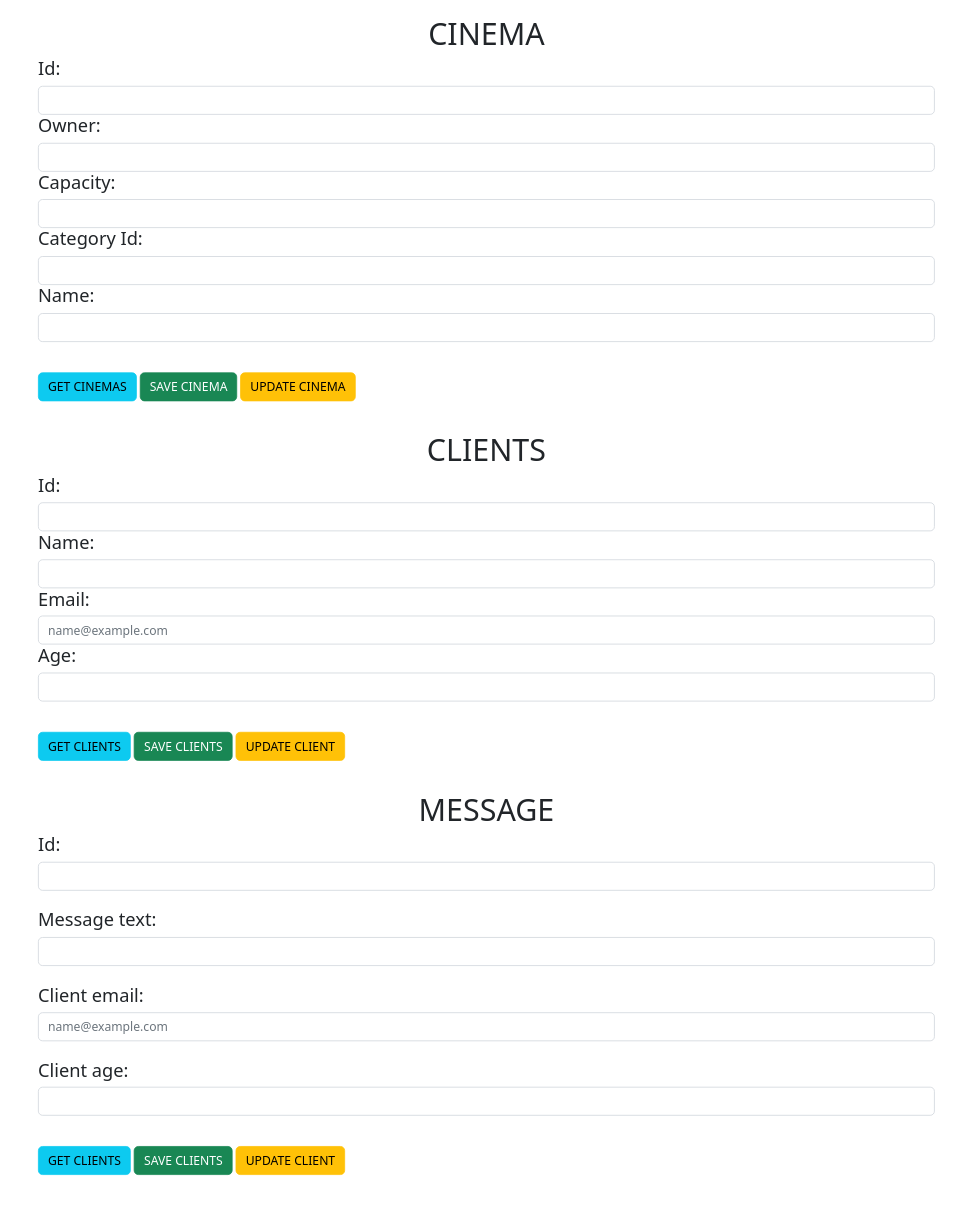
Repository: almendezl/MisionTIC
Page: index.html
These files come from the project's save history. The page is drawn as it stood at one moment and after the next save; the edit follows.
The browser window is 1280 px wide. The pictures show the whole page, at 76% of full size.

Above is the page before, as saved 2022-10-01 21:57:20.

### index.html
<html lang="en">
<head>
    <meta charset="UTF-8">
    <meta http-equiv="X-UA-Compatible" content="IE=edge">
    <meta name="viewport" content="width=device-width, initial-scale=1.0">
    <link rel="stylesheet" href="styles.css">
    <title>MISION TIC 2022 RETO 2</title>
</head>
<!-- add jquery api -->
<script src="https://ajax.googleapis.com/ajax/libs/jquery/3.6.1/jquery.min.js"></script>
<!-- add bootstrap -->

<link href="https://cdn.jsdelivr.net/npm/bootstrap@5.2.1/dist/css/bootstrap.min.css" rel="stylesheet" integrity="sha384-iYQeCzEYFbKjA/T2uDLTpkwGzCiq6soy8tYaI1GyVh/UjpbCx/TYkiZhlZB6+fzT" crossorigin="anonymous">
<!-- add the file with the script -->
<script type="text/javascript" src="myScript.js"></script>
<body>
    <!-- cinema front -->
    <h1 class="text-center">CINEMA</h1>
    <form action="">
        <div class="form-group">
            <h4 class="label label-default" >Id: </h4>
            <input class="form-control" type="number" id="clientId">
        </div>

        <div class="form-group">
            <h4 class="label label-default" >Owner: </h4>
            <input class="form-control" type="text" id="clientName">
        </div>

        <div class="form-group">
            <h4 class="label label-default" >Capacity: </h4>
            <input class="form-control" type="text" id="clientEmail" >
        </div>

        <div class="form-group">
            <h4 class="label label-default" >Category Id: </h4>
            <input class="form-control" type="number" id="clientAge">
        </div>

        <div class="form-group">
            <h4 class="label label-default" >Name: </h4>
            <input class="form-control" type="number" id="clientAge"><br>
        </div>

    </form>




    <button class="btn btn-info" onclick="getClients()">GET CINEMAS</button>

    <button class="btn btn-success" onclick="setClient()">SAVE CINEMA</button>

    <button class="btn btn-warning" onclick="updateClient()">UPDATE CINEMA</button><br><br>


    <table class="table table-striped" id="clientsList">


    </table>

    <!-- Clients front  -->
    <h1 class="text-center">CLIENTS</h1>
    <form action="">
        <div class="form-group">
            <h4 class="label label-default" >Id: </h4>
            <input class="form-control" type="number" id="clientId">
        </div>

        <div class="form-group">
            <h4 class="label label-default" >Name: </h4>
            <input class="form-control" type="text" id="clientName">
        </div>

        <div class="form-group">
            <h4 class="label label-default" >Email: </h4>
            <input class="form-control" type="text" id="clientEmail" placeholder="name@example.com">
        </div>

        <div class="form-group">
            <h4 class="label label-default" >Age: </h4>
            <input class="form-control" type="number" id="clientAge"><br>
        </div>

    </form>




    <button class="btn btn-info" onclick="getClients()">GET CLIENTS</button>

    <button class="btn btn-success" onclick="setClient()">SAVE CLIENTS</button>

    <button class="btn btn-warning" onclick="updateClient()">UPDATE CLIENT</button><br><br>


    <table class="table table-striped" id="clientsList">


    </table>

    <!-- Message front  -->
    <h1 class="text-center">MESSAGE</h1>
    <form action="">
        <div class="form-group">
            <h4 class="label label-default" >Id: </h4>
            <input class="form-control" type="number" id="clientId"> <br>
        </div>

        <div class="form-group">
            <h4 class="label label-default" >Message text: </h4>
            <input class="form-control" type="text" id="clientName"><br>
        </div>

        <div class="form-group">
            <h4 class="label label-default" >Client email: </h4>
            <input class="form-control" type="text" id="clientEmail" placeholder="name@example.com"><br>
        </div>

        <div class="form-group">
            <h4 class="label label-default" >Client age: </h4>
            <input class="form-control" type="number" id="clientAge"><br>
        </div>

    </form>




    <button class="btn btn-info" onclick="getClients()">GET CLIENTS</button>

    <button class="btn btn-success" onclick="setClient()">SAVE CLIENTS</button>

    <button class="btn btn-warning" onclick="updateClient()">UPDATE CLIENT</button><br><br>


    <table class="table table-striped" id="clientsList">


    </table>

</body>
</html>

### styles.css
body {

    padding: 20px 50px;
  }

### myScript.js
function getClients(){

    $.ajax({
        url:'https://gbc0751b79176df-fy68ude9ajgxmklv.adb.us-ashburn-1.oraclecloudapps.com/ords/admin/client/client',
        type: 'GET',
        dataType: 'json',

        success: function(clients){
            console.log(clients);
            let cs= clients.items;
            //$('#clientsList').append("<h2>Clients List</h2>");
            $('#clientsList').empty();
            $('#clientsList').append("<thead><tr><th scope='col'>Id</th><th scope='col'>Name</th><th scope='col'>Email</th><th scope='col'>Age</th> <th scope='col'>Option</th></tr></thead><tbody></tbody>");
            for(i = 0; i<cs.length; i++){
                //$('#clientsList').append("<b>"+cs[i].id+" "+cs[i].name+" </b> "+cs[i].email+"   <button class='btn btn-danger' onclick='deleteClient("+cs[i].id+")'>DELETE</button>"+"<br>");
                $('#clientsList').append("<tr><th scope='row'>"+cs[i].id+"</th><td>"+cs[i].name+"</td><td>"+cs[i].email+"</td><td>"+cs[i].age+"</td><td>"+"<button class='btn btn-danger' onclick='deleteClient("+cs[i].id+")'>DELETE</button></td></tr>");

            }

        },
        error: function(xhr, status){
            alert("A problem has occurred");
        },
        complete: function(xhr, status){
            //alert("Request made");
        }
    });

}

function setClient(){

    let clientId = $("#clientId").val();
    let clientName = $("#clientName").val();
    let clientEmail = $("#clientEmail").val();
    let clientAge = $("#clientAge").val();

    let data = {
        id: clientId,
        name: clientName,
        email: clientEmail,
        age: clientAge

    };

    let dataToSend = JSON.stringify(data);

    console.log(dataToSend);

    $.ajax({
        url:'https://gbc0751b79176df-fy68ude9ajgxmklv.adb.us-ashburn-1.oraclecloudapps.com/ords/admin/client/client',
        type: 'POST',
        //dataType: 'json',
        data: dataToSend,
         contentType: "application/json",

        success: function(json){
            console.log(json);
            //Clean the inputs
            $("#clientId").val('');
            $("#clientName").val('');
            $("#clientEmail").val('');
            $("#clientAge").val('');
            getClients();
        },
        error: function(xhr, status){
            //alert("A problem has occurred");

        },
        complete: function(xhr, status){
            //alert("Request made");

        }
    });

}

function updateClient(){
    let clientId = $("#clientId").val();
    let clientName = $("#clientName").val();
    let clientEmail = $("#clientEmail").val();
    let clientAge = $("#clientAge").val();

    let data = {
        id: clientId,
        name: clientName,
        email: clientEmail,
        age: clientAge

    };

    let dataToSend = JSON.stringify(data);

    console.log(dataToSend);

    $.ajax({
        url:'https://gbc0751b79176df-fy68ude9ajgxmklv.adb.us-ashburn-1.oraclecloudapps.com/ords/admin/client/client',
        type: 'PUT',
        //dataType: 'json',
        data: dataToSend,
        contentType: "application/json",

        success: function(json){
            console.log(json);
            //Clean the inputs
            $("#clientId").val('');
            $("#clientName").val('');
            $("#clientEmail").val('');
            $("#clientAge").val('');
            getClients();
        },
        error: function(xhr, status){
            //alert("A problem has occurred");

        },
        complete: function(xhr, status){
            //alert("Request made");

        }
    });
}

function deleteClient(clientId){


    let data = {
        id: clientId

    };

    let dataToSend = JSON.stringify(data);

    console.log(dataToSend);

    $.ajax({
        url:'https://gbc0751b79176df-fy68ude9ajgxmklv.adb.us-ashburn-1.oraclecloudapps.com/ords/admin/client/client',
        type: 'DELETE',
        //dataType: 'json',
        data: dataToSend,
        contentType: "application/json",

        success: function(json){
            console.log(json);
            //Clean the inputs
            $("#clientId").val('');
            $("#clientName").val('');
            $("#clientEmail").val('');
            $("#clientAge").val('');
            getClients();
        },
        error: function(xhr, status){
            //alert("A problem has occurred");

        },
        complete: function(xhr, status){
            //alert("Request made");

        }
    });
}

After the next save:
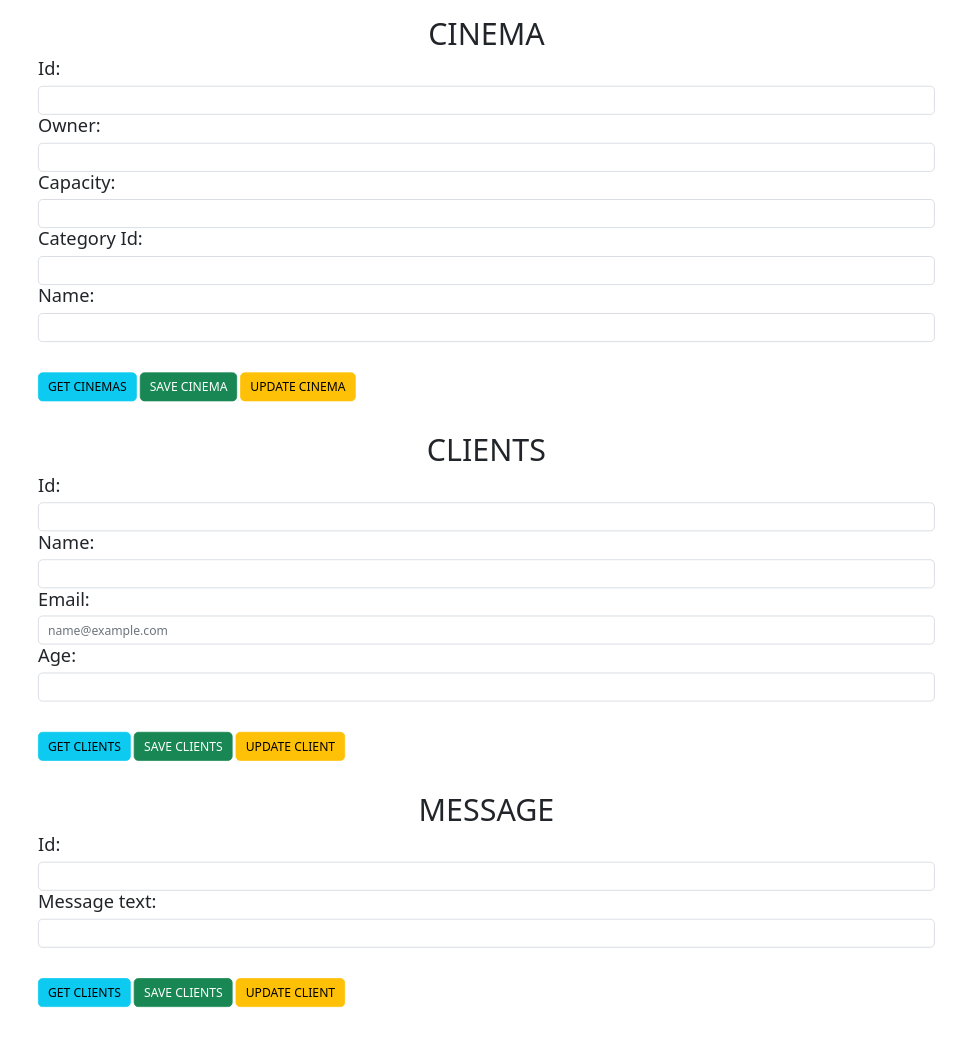
Saved 11 s later.
--- a/index.html
+++ b/index.html
@@ -104,7 +104,7 @@
     <form action="">
         <div class="form-group">
             <h4 class="label label-default" >Id: </h4>
-            <input class="form-control" type="number" id="clientId"> <br>
+            <input class="form-control" type="number" id="clientId">
         </div>
 
         <div class="form-group">
@@ -112,15 +112,6 @@
             <input class="form-control" type="text" id="clientName"><br>
         </div>
 
-        <div class="form-group">
-            <h4 class="label label-default" >Client email: </h4>
-            <input class="form-control" type="text" id="clientEmail" placeholder="name@example.com"><br>
-        </div>
-
-        <div class="form-group">
-            <h4 class="label label-default" >Client age: </h4>
-            <input class="form-control" type="number" id="clientAge"><br>
-        </div>
 
     </form>
 
